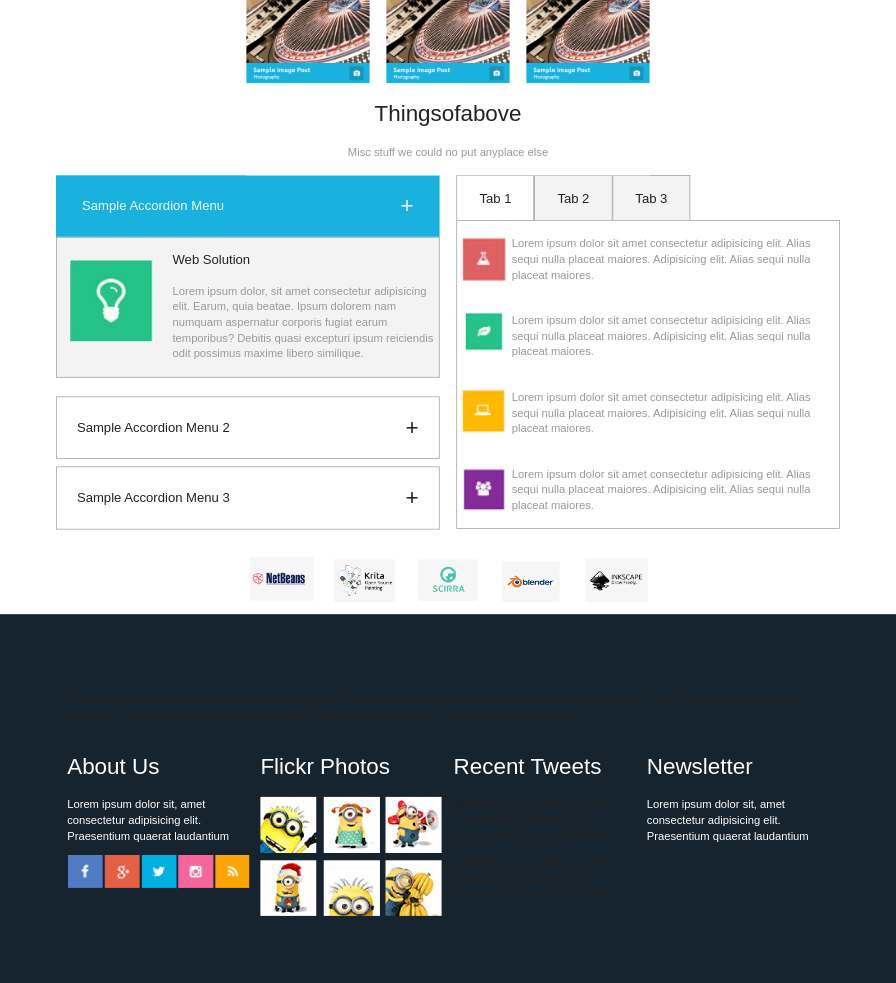
Repository: anoncoderin/madhu_kushal_html_layout
Page: metrosite_week4hw/index.html
The author's editor kept a copy of each file at every save. The page is drawn from the files as they stood at one save, then again after the next save.
The browser window is 1280 px wide. The pictures show the part of the page from y = 2089 to 4009 px (the page is 3493 px tall before and 5808 px after), at 70% of full size.

Above is the page before, as saved 2023-02-04 20:26:37.

After the next save:
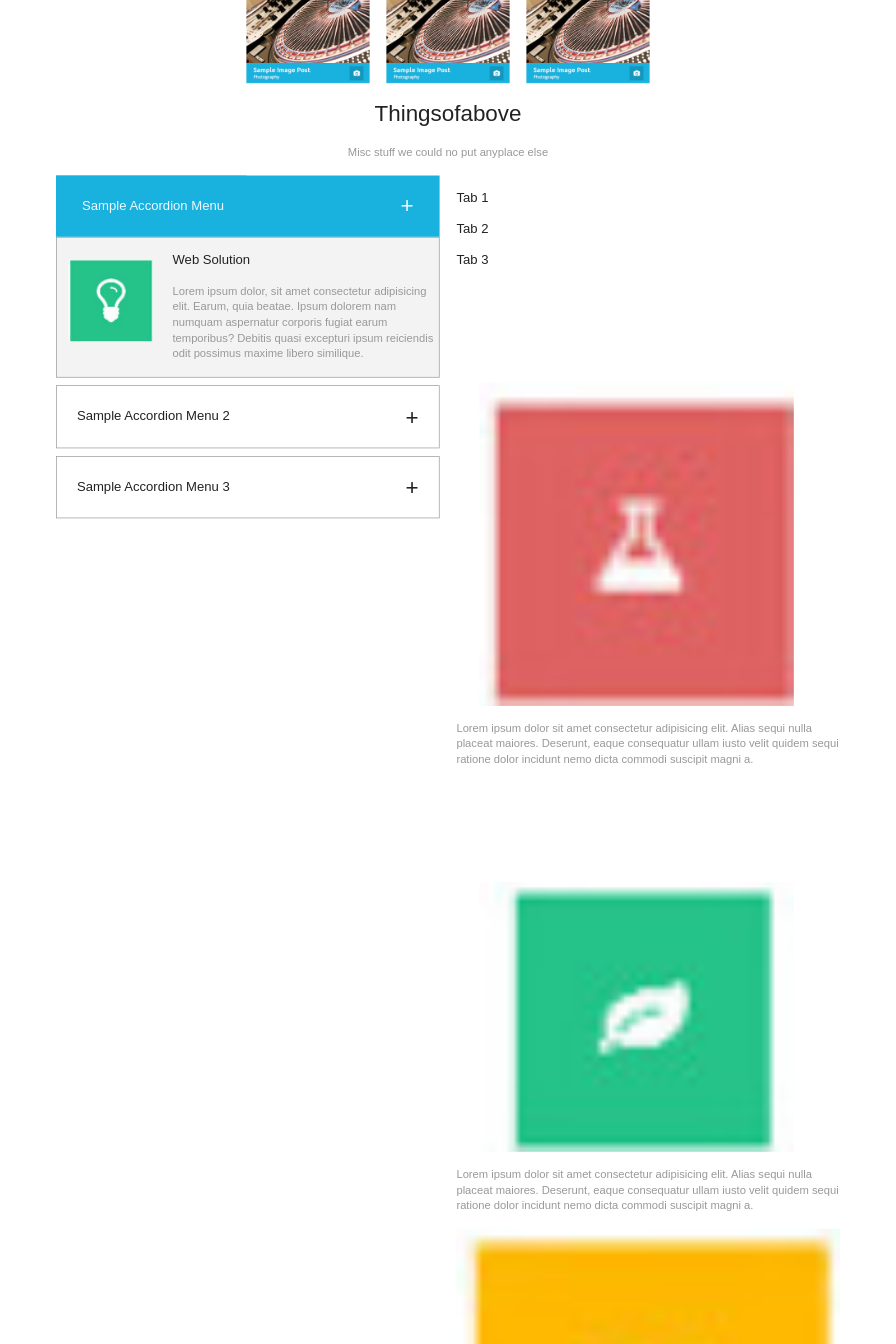
Saved 103 s later.
--- a/metrosite_week4hw/index.html
+++ b/metrosite_week4hw/index.html
@@ -191,7 +191,7 @@
           <h3 style="color: aliceblue; margin-top: 5.5%;;" >Sample Accordion Menu <h1 style="color: aliceblue;">+</h1></h3>
         </div>
 
-        <div style="display: grid; grid-template-columns: 1fr; gap: 7%;">
+        <div style="display: grid; grid-template-columns: 1fr; gap: 3%;">
 
           <div class="sampleaccord" style="background-color: #f3f3f3; border:1px solid #999;">
 
@@ -219,37 +219,26 @@
       </div>
 
       <div class="tab-switch">
-        <div style="display: grid; grid-template-columns: 1fr 1fr 1fr; text-align: center; width: 61%;">
-          <div style="border: 1px solid #999; border-bottom: none;">
-            <h3>Tab 1</h3>
-          </div>
-          <div style="background-color: #f3f3f3; border: 1px solid #999; border-bottom: none;">
-            <h3>Tab 2</h3>
-          </div>
-          <div style="background-color: #f3f3f3; border: 1px solid #999; border-bottom: none;">
-            <h3>Tab 3</h3>
-          </div>
-        </div>
-
-        <div style="border: 1px solid #999;">
-
-          <div class="alchemytext">
-            <img class="alchemyicons" src="/metrosite_week4hw/img/Screenshot_20230204_075106.png" alt="">
-            <h4>Lorem ipsum dolor sit amet consectetur adipisicing elit. Alias sequi nulla placeat maiores. Adipisicing elit. Alias sequi nulla placeat maiores.</h4>
-          </div>
-          <div class="alchemytext">
-            <img class="alchemyicons" src="/metrosite_week4hw/img/Screenshot_20230204_075114.png" alt="">
-            <h4>Lorem ipsum dolor sit amet consectetur adipisicing elit. Alias sequi nulla placeat maiores.  Adipisicing elit. Alias sequi nulla placeat maiores.</h4>
-          </div>
-          <div class="alchemytext">
-            <img class="alchemyicons" src="/metrosite_week4hw/img/Screenshot_20230204_075123.png" alt="">
-            <h4>Lorem ipsum dolor sit amet consectetur adipisicing elit. Alias sequi nulla placeat maiores.  Adipisicing elit. Alias sequi nulla placeat maiores.</h4>
-          </div>
-          <div class="alchemytext">
-            <img class="alchemyicons" src="/metrosite_week4hw/img/Screenshot_20230204_075137.png" alt="">
-            <h4>Lorem ipsum dolor sit amet consectetur adipisicing elit. Alias sequi nulla placeat maiores.  Adipisicing elit. Alias sequi nulla placeat maiores.</h4>
-          </div>
-
+        <div>
+          <h3>Tab 1</h3>
+          <h3>Tab 2</h3>
+          <h3>Tab 3</h3>
+        </div>
+        <div>
+          <img class="alchemyicons" src="/metrosite_week4hw/img/Screenshot_20230204_075106.png" alt="">
+          <h4>Lorem ipsum dolor sit amet consectetur adipisicing elit. Alias sequi nulla placeat maiores. Deserunt, eaque consequatur ullam iusto velit quidem sequi ratione dolor incidunt nemo dicta commodi suscipit magni a.</h4>
+        </div>
+        <div>
+          <img class="alchemyicons"src="/metrosite_week4hw/img/Screenshot_20230204_075114.png" alt="">
+          <h4>Lorem ipsum dolor sit amet consectetur adipisicing elit. Alias sequi nulla placeat maiores. Deserunt, eaque consequatur ullam iusto velit quidem sequi ratione dolor incidunt nemo dicta commodi suscipit magni a.</h4>
+        </div>
+        <div>
+          <img src="/metrosite_week4hw/img/Screenshot_20230204_075123.png" alt="">
+          <h4>Lorem ipsum dolor sit amet consectetur adipisicing elit. Alias sequi nulla placeat maiores. Deserunt, eaque consequatur ullam iusto velit quidem sequi ratione dolor incidunt nemo dicta commodi suscipit magni a.</h4>
+        </div>
+        <div>
+          <img src="/metrosite_week4hw/img/Screenshot_20230204_075137.png" alt="">
+          <h4>Lorem ipsum dolor sit amet consectetur adipisicing elit. Alias sequi nulla placeat maiores. Deserunt, eaque consequatur ullam iusto velit quidem sequi ratione dolor incidunt nemo dicta commodi suscipit magni a.</h4>
         </div>
 
 

After the save that followed:
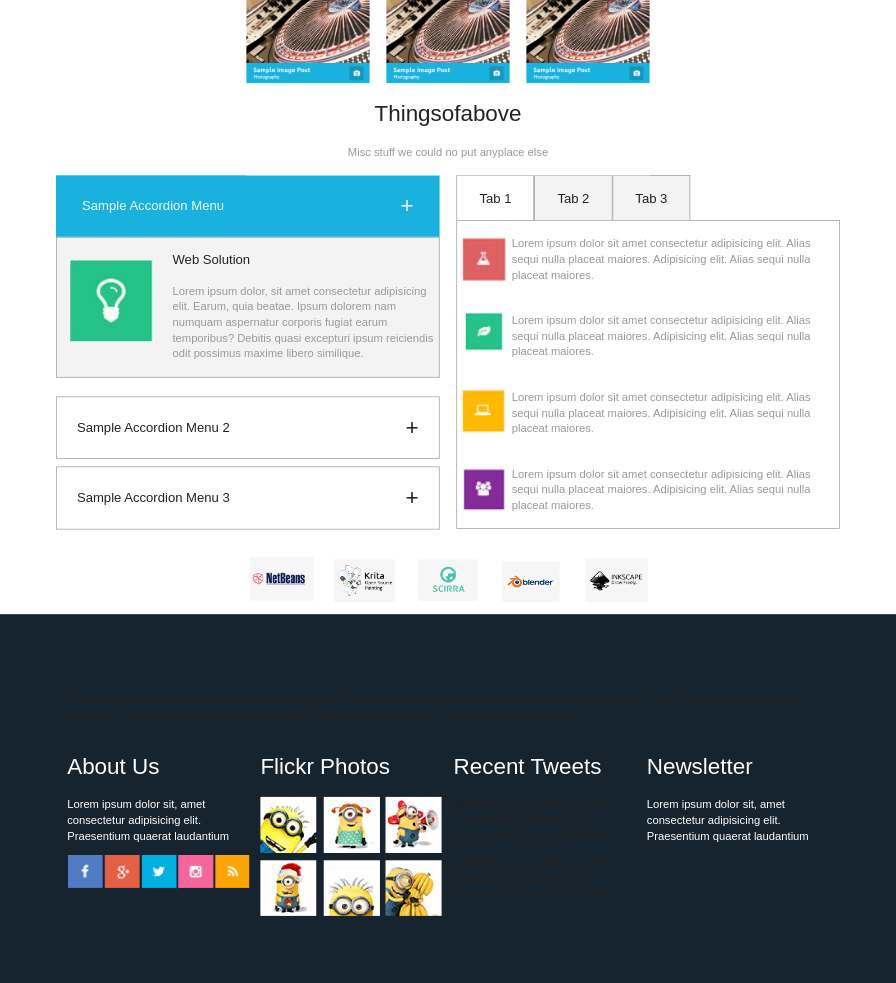
Saved 14 s later.
--- a/metrosite_week4hw/index.html
+++ b/metrosite_week4hw/index.html
@@ -191,7 +191,7 @@
           <h3 style="color: aliceblue; margin-top: 5.5%;;" >Sample Accordion Menu <h1 style="color: aliceblue;">+</h1></h3>
         </div>
 
-        <div style="display: grid; grid-template-columns: 1fr; gap: 3%;">
+        <div style="display: grid; grid-template-columns: 1fr; gap: 7%;">
 
           <div class="sampleaccord" style="background-color: #f3f3f3; border:1px solid #999;">
 
@@ -219,26 +219,37 @@
       </div>
 
       <div class="tab-switch">
-        <div>
-          <h3>Tab 1</h3>
-          <h3>Tab 2</h3>
-          <h3>Tab 3</h3>
-        </div>
-        <div>
-          <img class="alchemyicons" src="/metrosite_week4hw/img/Screenshot_20230204_075106.png" alt="">
-          <h4>Lorem ipsum dolor sit amet consectetur adipisicing elit. Alias sequi nulla placeat maiores. Deserunt, eaque consequatur ullam iusto velit quidem sequi ratione dolor incidunt nemo dicta commodi suscipit magni a.</h4>
-        </div>
-        <div>
-          <img class="alchemyicons"src="/metrosite_week4hw/img/Screenshot_20230204_075114.png" alt="">
-          <h4>Lorem ipsum dolor sit amet consectetur adipisicing elit. Alias sequi nulla placeat maiores. Deserunt, eaque consequatur ullam iusto velit quidem sequi ratione dolor incidunt nemo dicta commodi suscipit magni a.</h4>
-        </div>
-        <div>
-          <img src="/metrosite_week4hw/img/Screenshot_20230204_075123.png" alt="">
-          <h4>Lorem ipsum dolor sit amet consectetur adipisicing elit. Alias sequi nulla placeat maiores. Deserunt, eaque consequatur ullam iusto velit quidem sequi ratione dolor incidunt nemo dicta commodi suscipit magni a.</h4>
-        </div>
-        <div>
-          <img src="/metrosite_week4hw/img/Screenshot_20230204_075137.png" alt="">
-          <h4>Lorem ipsum dolor sit amet consectetur adipisicing elit. Alias sequi nulla placeat maiores. Deserunt, eaque consequatur ullam iusto velit quidem sequi ratione dolor incidunt nemo dicta commodi suscipit magni a.</h4>
+        <div style="display: grid; grid-template-columns: 1fr 1fr 1fr; text-align: center; width: 61%;">
+          <div style="border: 1px solid #999; border-bottom: none;">
+            <h3>Tab 1</h3>
+          </div>
+          <div style="background-color: #f3f3f3; border: 1px solid #999; border-bottom: none;">
+            <h3>Tab 2</h3>
+          </div>
+          <div style="background-color: #f3f3f3; border: 1px solid #999; border-bottom: none;">
+            <h3>Tab 3</h3>
+          </div>
+        </div>
+
+        <div style="border: 1px solid #999;">
+
+          <div class="alchemytext">
+            <img class="alchemyicons" src="/metrosite_week4hw/img/Screenshot_20230204_075106.png" alt="">
+            <h4>Lorem ipsum dolor sit amet consectetur adipisicing elit. Alias sequi nulla placeat maiores. Adipisicing elit. Alias sequi nulla placeat maiores.</h4>
+          </div>
+          <div class="alchemytext">
+            <img class="alchemyicons" src="/metrosite_week4hw/img/Screenshot_20230204_075114.png" alt="">
+            <h4>Lorem ipsum dolor sit amet consectetur adipisicing elit. Alias sequi nulla placeat maiores.  Adipisicing elit. Alias sequi nulla placeat maiores.</h4>
+          </div>
+          <div class="alchemytext">
+            <img class="alchemyicons" src="/metrosite_week4hw/img/Screenshot_20230204_075123.png" alt="">
+            <h4>Lorem ipsum dolor sit amet consectetur adipisicing elit. Alias sequi nulla placeat maiores.  Adipisicing elit. Alias sequi nulla placeat maiores.</h4>
+          </div>
+          <div class="alchemytext">
+            <img class="alchemyicons" src="/metrosite_week4hw/img/Screenshot_20230204_075137.png" alt="">
+            <h4>Lorem ipsum dolor sit amet consectetur adipisicing elit. Alias sequi nulla placeat maiores.  Adipisicing elit. Alias sequi nulla placeat maiores.</h4>
+          </div>
+
         </div>
 
 
